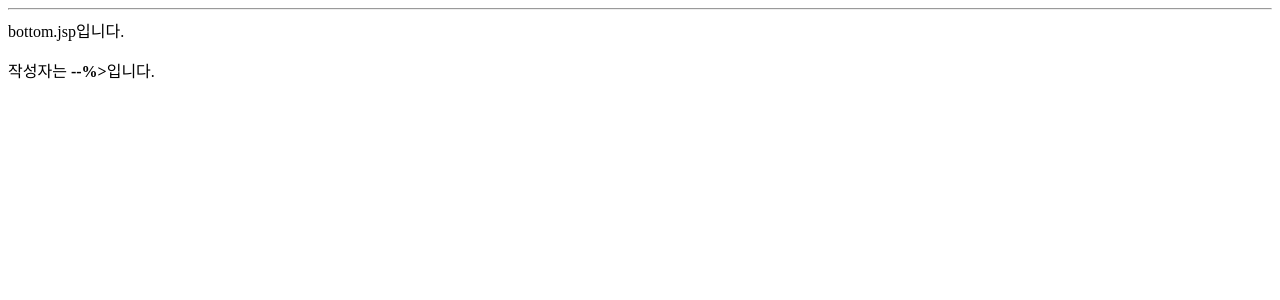
Repository: KangEunseo/2019-jsp-class
Page: http://localhost/BasicJSP/01_dr/bottom.jsp
An editor plug-in stored every save of this project. The page is shown before and after the next save, followed by the edit.
The browser window is 1280 px wide. The pictures show the whole page.
The page is served by Tomcat 9.

Above is the page before, as saved 2019-09-26 01:08:55.

After the next save:
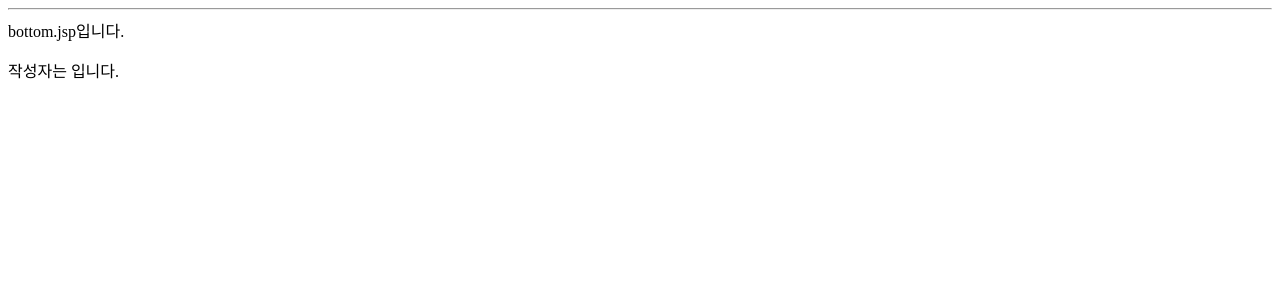
Saved 6 s later.
--- a/BasicJSP/WebContent/01_dr/bottom.jsp
+++ b/BasicJSP/WebContent/01_dr/bottom.jsp
@@ -9,6 +9,6 @@
 <body>
 	<hr>
 	bottom.jsp입니다.<p>
-	작성자는 <b><%--<%=name--%>--%></b>입니다.
+	작성자는 <b><%--<%=name--%></b>입니다.
 </body>
 </html>
